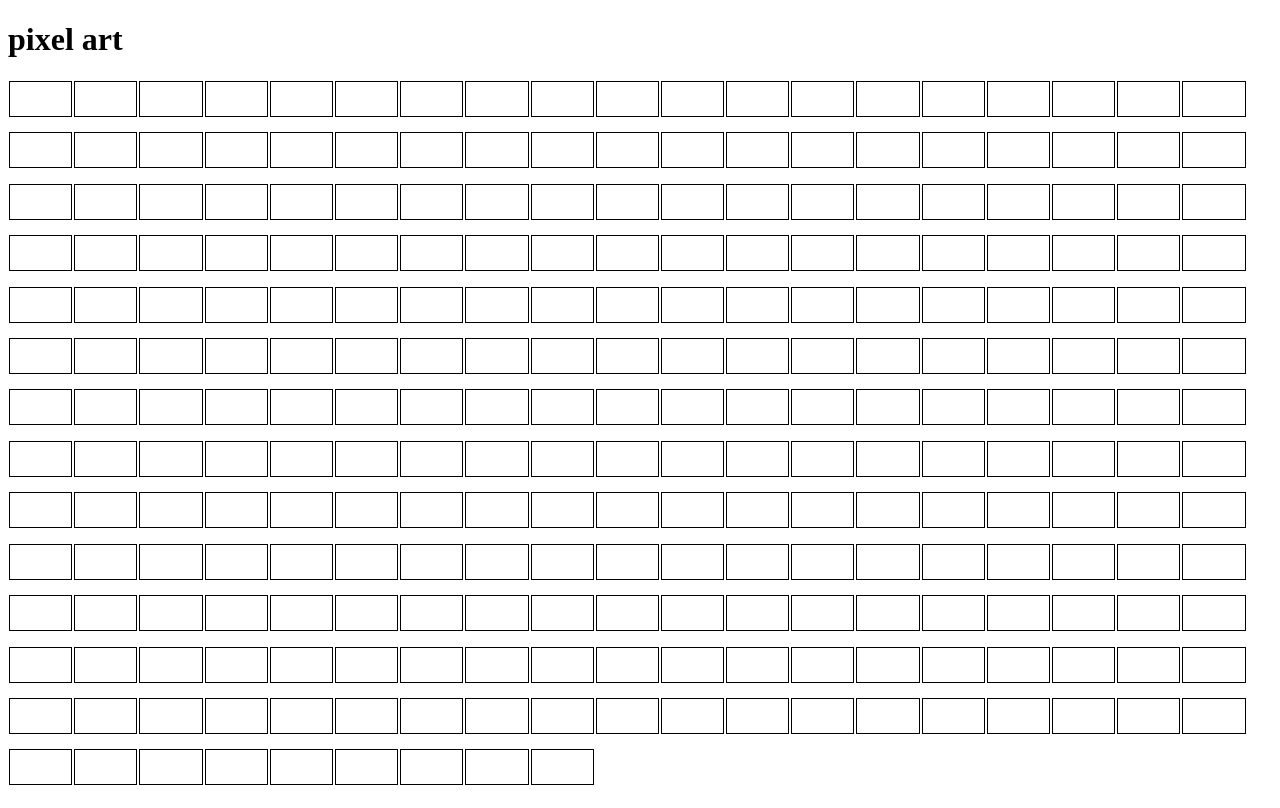
Repository: bechara611/pixelartdb
Page: /
The author's editor kept a copy of each file at every save. The page is drawn from the files as they stood at one save, then again after the next save.
The browser window is 1280 px wide. The pictures show the whole page.
The project was rebuilt for these pictures with package versions that can differ from the ones it lists, and the page was loaded fresh each time. Also part of the build but not shown: vite.config.js.

Above is the page before, as saved 2023-03-05 19:47:27.

After the next save:
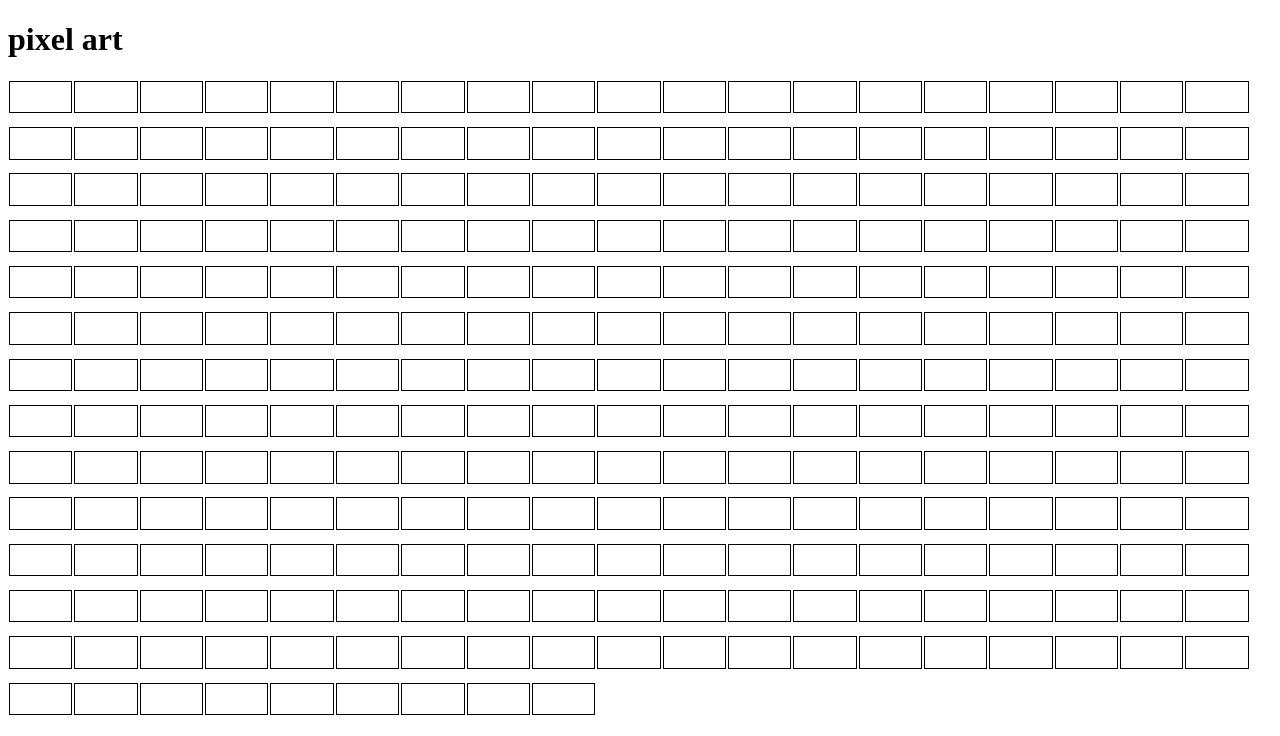
Saved 14 s later.
--- a/src/App.css
+++ b/src/App.css
@@ -18,7 +18,7 @@
   flex-wrap: wrap;
 
 
-width: 90=9vw;
-height: 100vh;
+width: 99vw;
+height: 90vh;
 
 }
